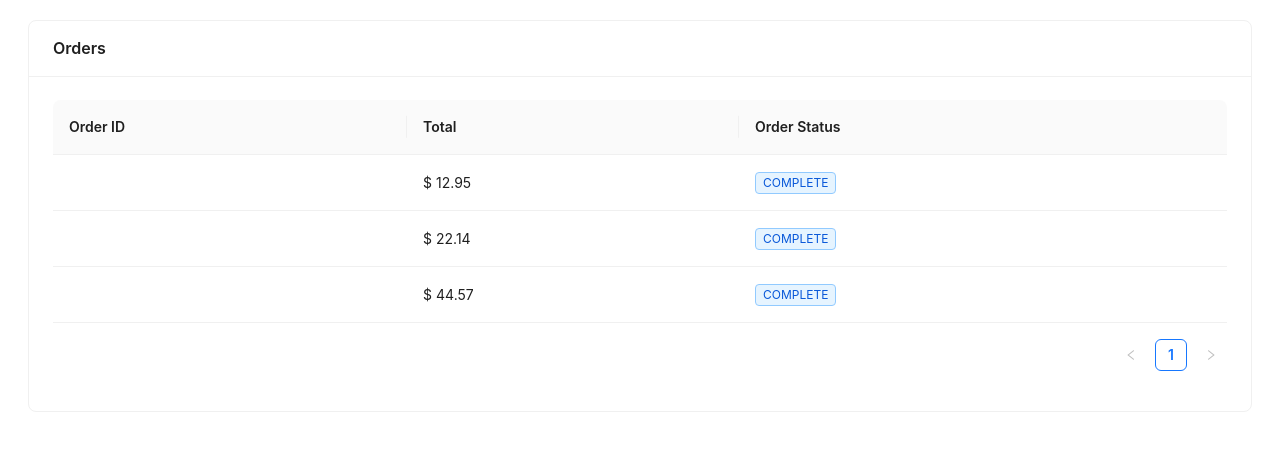
Repository: JamesPesenti/DonutShopDashboard
Page: /
An editor plug-in stored every save of this project. The page is shown before and after the next save, followed by the edit.
The browser window is 1280 px wide. The pictures show the whole page.
The project was rebuilt for these pictures with package versions that can differ from the ones it lists, and the page was loaded fresh each time. Also part of the build but not shown: src/index.css, src/data/donuts.js, src/screens/DetailedOrder.jsx.

Above is the page before, as saved 2023-03-22 16:19:42.

### src/App.js
import DetailedOrder from "./screens/DetailedOrder";
import Orders from "../src/screens/Orders"
import { Card, Table, Tag } from "antd"

function App() {
  return (
    <>
      <Orders />
    </>
  );
}

export default App;

### src/screens/Orders.jsx
import { Card, Table, Tag } from "antd"
import orders from "../data/orders"

const Orders = () => {

    const renderOrderStatus = (orderStatus) => {
        if (orderStatus === "Accepted") {
            return <Tag color={"green"}>{orderStatus}</Tag>
        }
        if (orderStatus === "Declined") {
            return <Tag color={"red"}>{orderStatus}</Tag>
        }
        if (orderStatus === "COMPLETE") {
            return <Tag color={"blue"}>{orderStatus}</Tag>
        }
    }

    const tableColumns = [
        {
            title: "Order ID",
            dataIndex: "orderID",
            key: "orderID"
        },
        {
            title: "Total",
            dataIndex: "total",
            key: "total",
            render: (total) => `$ ${total}`
        },
        {
            title: "Order Status",
            dataIndex: "orderStatus",
            key: "orderStatus",
            render: renderOrderStatus
        },
    ]

  return (
    <>
        <Card title={"Orders"} style={{margin: 20}}>
            <Table
                dataSource={orders}
                columns={tableColumns}
            />
        </Card>
    </>
  )
}

export default Orders

### src/data/orders.js
export default [
    {
        id: "1",
        flavorsOrdered:   {
            id: "1",
            image: "https://t3.ftcdn.net/jpg/00/70/16/96/240_F_70169698_gr2Xm6hqPIFLC2kAsjOVRATbBLVDZLn5.jpg",
            id: "2",
            image: "https://t3.ftcdn.net/jpg/00/70/16/96/240_F_70169698_gr2Xm6hqPIFLC2kAsjOVRATbBLVDZLn5.jpg",
            id: "3",
            image: "https://t3.ftcdn.net/jpg/04/90/71/94/240_F_490719448_y4LhTnor5VL2gk9DYhwIw3ZRcZQ1beeD.jpg"
        },
        total: 12.95,
        orderStatus: "COMPLETE",
        orderDate: "12/12/22",
    },
    {
        id: "2",
        flavorsOrdered: {
                image: "https://t3.ftcdn.net/jpg/00/70/16/96/240_F_70169698_gr2Xm6hqPIFLC2kAsjOVRATbBLVDZLn5.jpg",
        },
        total: 22.14,
        orderStatus: "COMPLETE",
        orderDate: "01/08/23",
    },
    {
        id: "3",
        flavorsOrdered:  {
                image: "https://t3.ftcdn.net/jpg/01/34/18/64/240_F_134186451_Uc31ZoSIFrTj2dgcYWyJiXhgkIUWkQT4.jpg"
        },
        total: 44.57,
        orderStatus: "COMPLETE",
        orderDate: "01/29/23",
    },
]

Loaded but not shown: public/index.html (common file); src/index.js (common file)

After the next save:
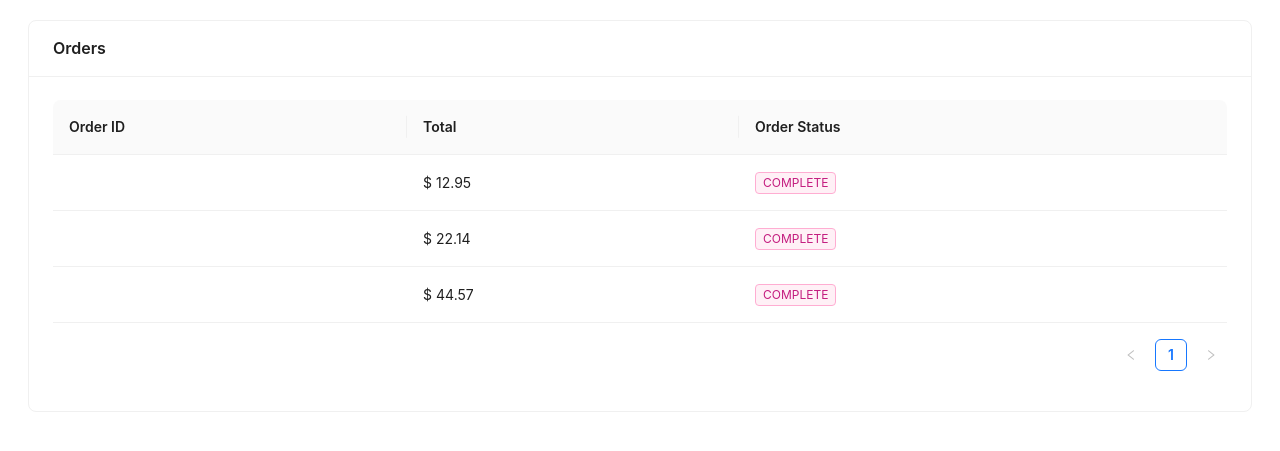
Saved 9 s later.
--- a/src/screens/Orders.jsx
+++ b/src/screens/Orders.jsx
@@ -11,7 +11,7 @@ const Orders = () => {
             return <Tag color={"red"}>{orderStatus}</Tag>
         }
         if (orderStatus === "COMPLETE") {
-            return <Tag color={"blue"}>{orderStatus}</Tag>
+            return <Tag color={"pink"}>{orderStatus}</Tag>
         }
     }
 
